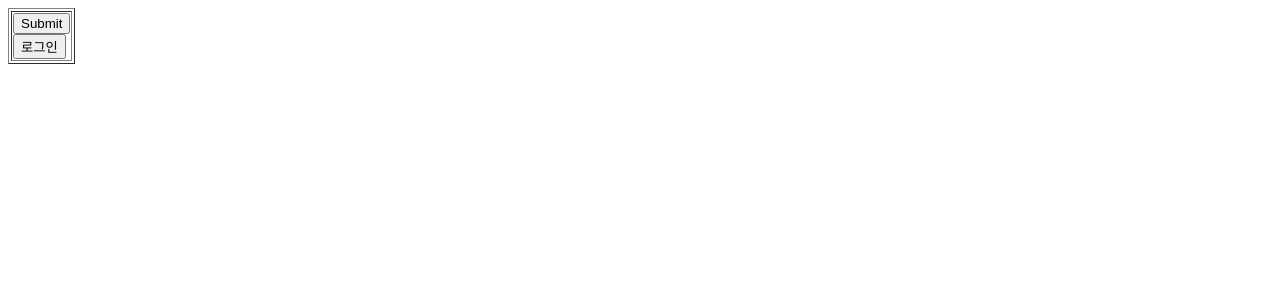
Repository: choiungsik/WEBStudy
Page: http://localhost/JSP/exMain.jsp
An editor plug-in stored every save of this project. The page is shown before and after the next save, followed by the edit.
The browser window is 1280 px wide. The pictures show the whole page.
The page is served by Tomcat 9.

Above is the page before, as saved 2020-07-15 02:19:23.

After the next save:
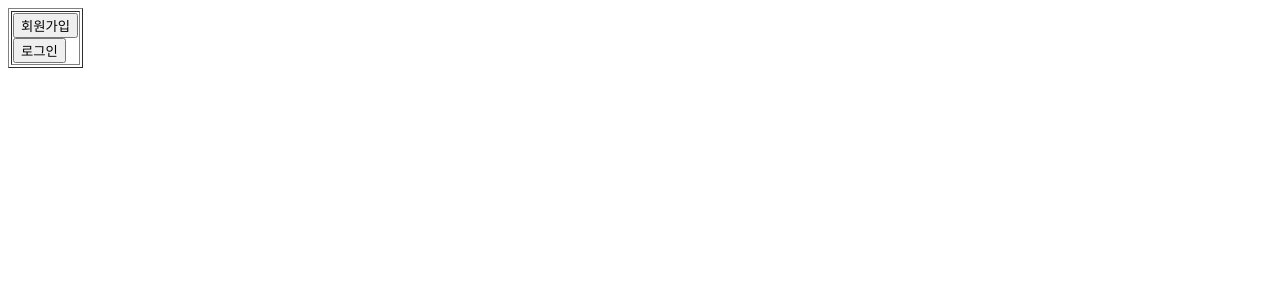
Saved 37 s later.
--- a/JSP/WebContent/exMain.jsp
+++ b/JSP/WebContent/exMain.jsp
@@ -10,7 +10,7 @@
 		<table border="1">
 			<td>
 	<form action="join.jsp">
-			<input type="submit" name="회원가입"><br>
+			<input type="submit" value="회원가입"><br>
 	</form>
 	<form action="Login.jsp">
 			<input type="submit" value="로그인">
